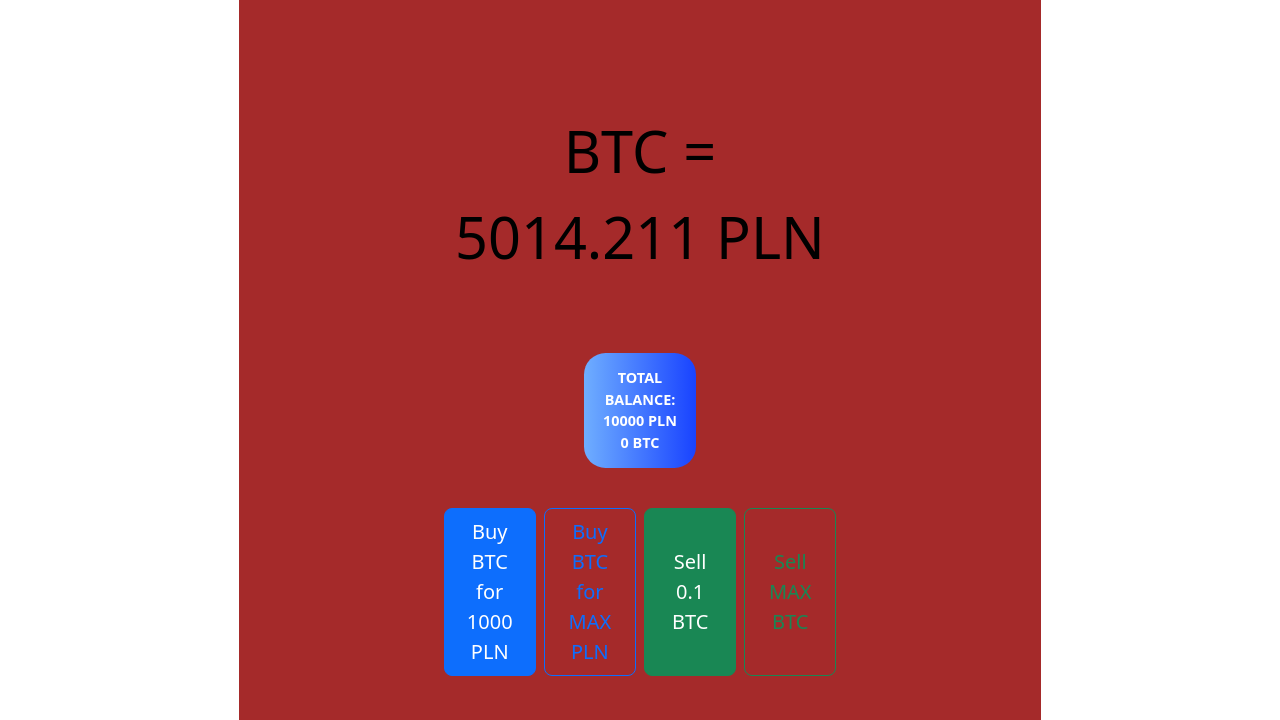
Repository: michalgornicki/bitcoin-virtual
Page: /
The author's editor kept a copy of each file at every save. The page is drawn from the files as they stood at one save, then again after a run of saves.
The browser window is 1280 px wide. The pictures show the whole page.
The project was rebuilt for these pictures with package versions that can differ from the ones it lists, and the page was loaded fresh each time.

Above is the page before, as saved 2021-12-05 22:53:01.

After the next 2 saves:
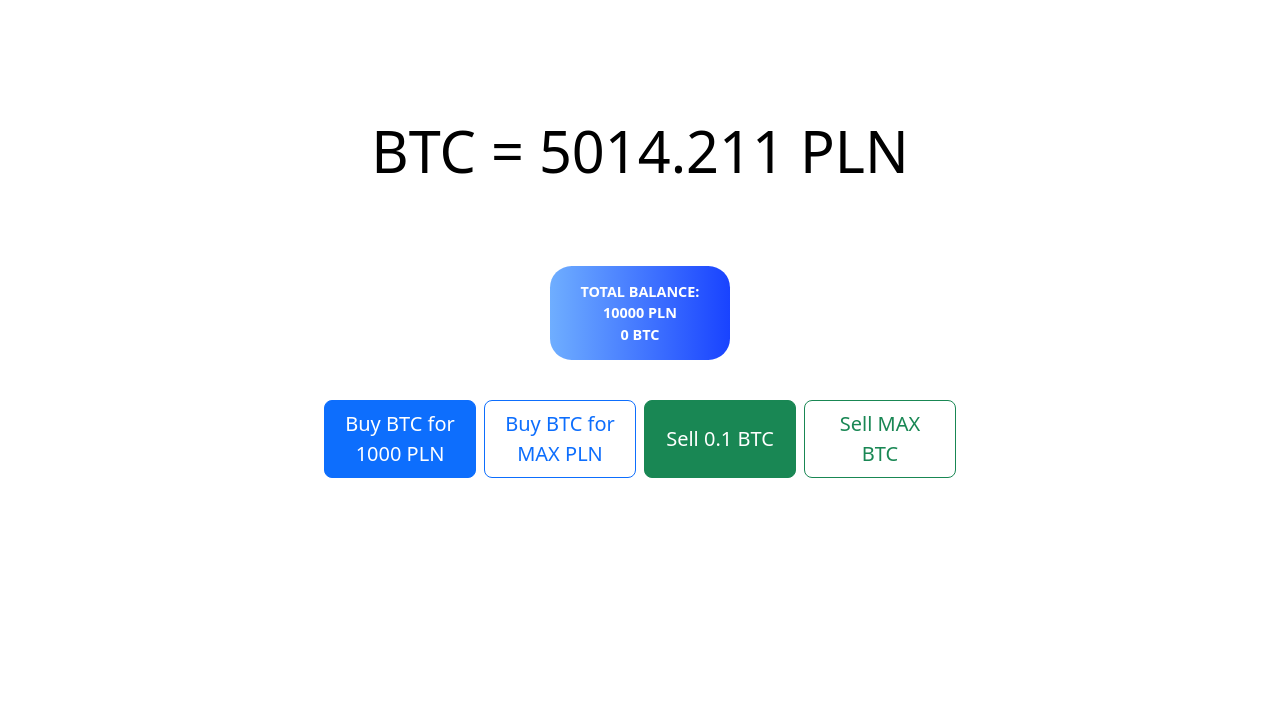
The 2 saves are shown as one change because they came seconds apart.
The last was saved 16 s later.
--- a/src/App.css
+++ b/src/App.css
@@ -6,8 +6,6 @@ body{
 
 .wrapper{
     height: 100vh;
-    width: fit-content;
-    background-color: brown;
     display: block;
     margin: auto;
 }
